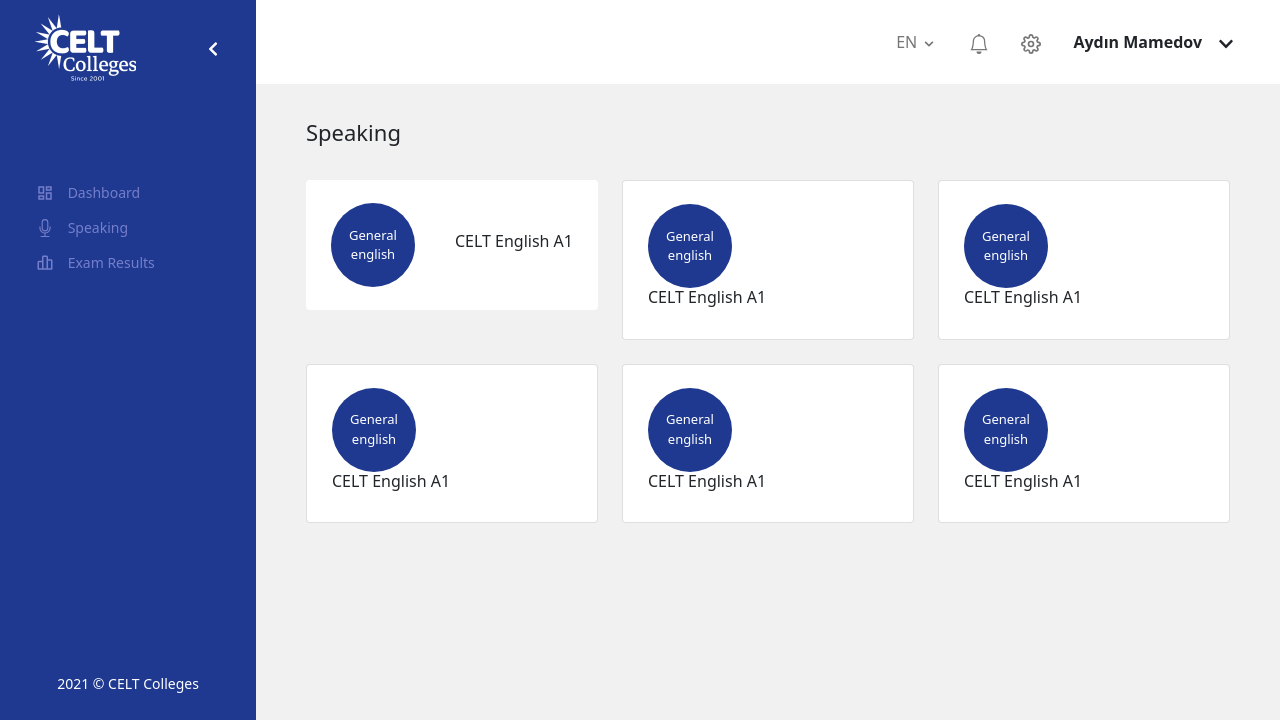
Repository: aydinws/celtapp
Page: /speaking
These files come from the project's save history. The page is drawn as it stood at one moment and after the next save; the edit follows.
The browser window is 1280 px wide. The pictures show the whole page.
The project was rebuilt for these pictures with package versions that can differ from the ones it lists, and the page was loaded fresh each time. Also part of the build but not shown: src/pages/Dashboard/index.js, src/pages/ExamResults/index.scss, src/components/Table/index.scss, src/components/Pagination/index.scss, src/components/Pagination/index.js, src/components/Table/index.js, src/pages/ExamResults/index.js.

Above is the page before, as saved 2021-06-09 22:06:15.

After the next save:
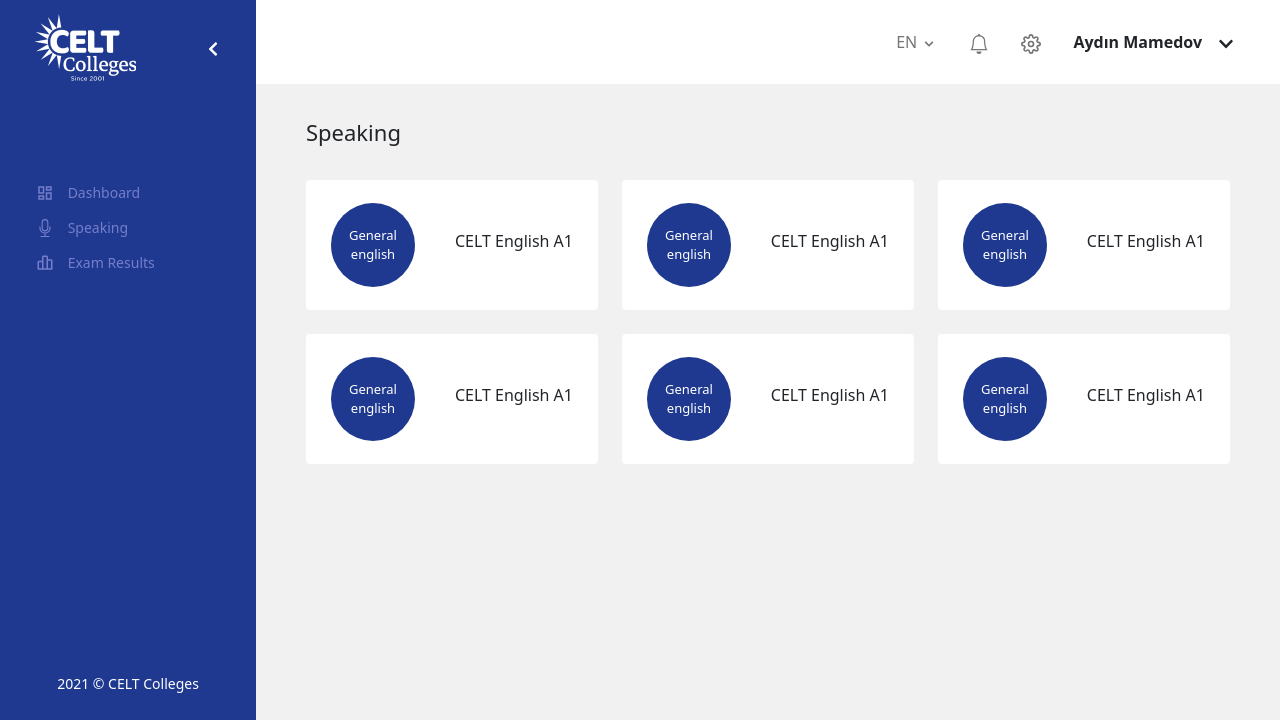
Saved 23 s later.
--- a/src/pages/Speakings/index.js
+++ b/src/pages/Speakings/index.js
@@ -34,7 +34,7 @@
                                 </div>
                             </div>
                             <div className="col-12 col-md-6 col-lg-4 mb-4">
-                                <div className="card">
+                                <div className="card card--speaking">
                                     <div className="card-circle">
                                         <p>General english</p>
                                     </div>
@@ -42,7 +42,7 @@
                                 </div>
                             </div>
                             <div className="col-12 col-md-6 col-lg-4 mb-4">
-                                <div className="card">
+                                <div className="card card--speaking">
                                     <div className="card-circle">
                                         <p>General english</p>
                                     </div>
@@ -50,7 +50,7 @@
                                 </div>
                             </div>
                             <div className="col-12 col-md-6 col-lg-4 mb-4">
-                                <div className="card">
+                                <div className="card card--speaking">
                                     <div className="card-circle">
                                         <p>General english</p>
                                     </div>
@@ -58,7 +58,7 @@
                                 </div>
                             </div>
                             <div className="col-12 col-md-6 col-lg-4 mb-4">
-                                <div className="card">
+                                <div className="card card--speaking">
                                     <div className="card-circle">
                                         <p>General english</p>
                                     </div>
@@ -66,7 +66,7 @@
                                 </div>
                             </div>
                             <div className="col-12 col-md-6 col-lg-4 mb-4">
-                                <div className="card">
+                                <div className="card card--speaking">
                                     <div className="card-circle">
                                         <p>General english</p>
                                     </div>
